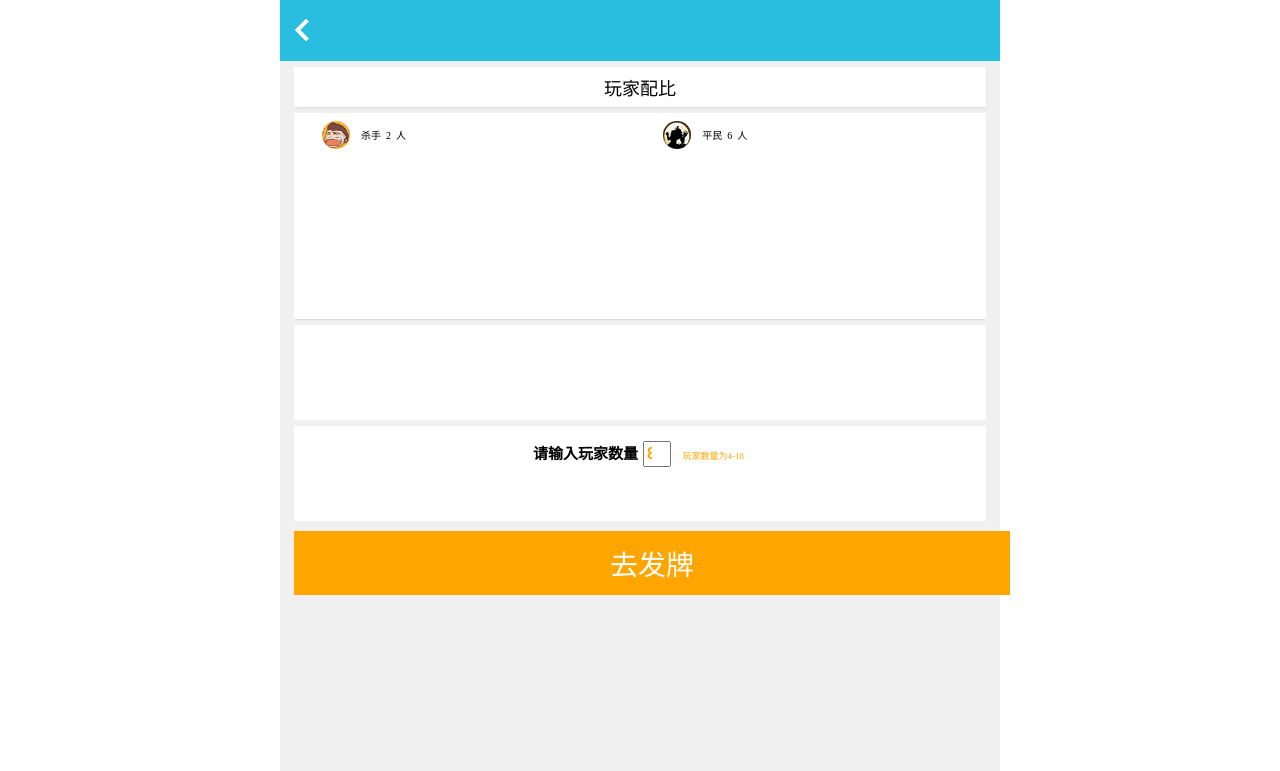
Repository: leozhangpd/My-Codes
Page: JS/two-project/deploy_page.html
The author's editor kept a copy of each file at every save. The page is drawn from the files as they stood at one save, then again after the next save.
The browser window is 1280 px wide. The pictures show the whole page.

Above is the page before, as saved 2020-11-09 17:49:06.

### JS/two-project/deploy_page.html
<!DOCTYPE html>
<html lang="en">
    <head>
        <meta charset="UTF-8">
        <meta name="viewport" content="width=device-width,initial-scale=1.0,maximum-scale=1.0,user-scalable=0" />
        <link rel="stylesheet" href="css/deploy_page.css" type="text/css">
        <title>匹配</title>
    </head>
    <body>
        <header>
            <a href='home_page.html'></a>
        </header>
        <main>
            <div class="title">玩家配比</div>
            <ul class="list">
                <li>
                    <img src="images/footman.png">
                    <span>杀手&nbsp;&nbsp;2&nbsp;&nbsp;人</span>
                </li>
                <li>
                    <img src="images/wolf.png">
                    <span>平民&nbsp;&nbsp;6&nbsp;&nbsp;人</span>
                </li>
            </ul>
            <div class="work-group"></div>
            <div class="player-number">
                <span>请输入玩家数量</span>&nbsp;
                <input type="number" value="8">&nbsp;&nbsp;
                <span>玩家数量为4-18</span>
            </div>
            <botton id="btn">去发牌</botton>
        </main>
        <footer></footer>
    </body>
</html>

### JS/two-project/css/deploy_page.css
ul{
    list-style-type: none;
    margin: 0;padding: 0;
}
button{
    outline: none;
    border:none;
}
html{
    font-size: 62.5%;
    background: #fff;
    height: 100vh;
}
body{
    height: 100%;
    margin:0 auto;
    padding-bottom: 4%;
    max-width: 720px;
    min-width: 320px;
    background: #f0f0f0;
}
header{
    padding: 3% 5% 3% 2.5%;
    background-color: #29bde0;
}
header>a{
    display: inline-block;
    padding: 8px;
    box-shadow: inset 4px -4px 0 0 #ffffff;
    transform: rotate(45deg);
}
header>button div{
    margin-top: .5rem;
    height: .3rem;
    background-color: #fff;
}
main{
    margin:0 auto;
    width: 96%;
}
main>*{background-color: #fff;}
.title{
    padding: .7rem 0;
    margin: .6rem 0;
    text-align: center;
    font-size: 1.8rem;
    font-weight: 540;
    box-shadow: 1px 2px 2px -1px rgb(218, 218, 218);
}
.list{
    min-height: 19rem;
    padding: 8px 0;
    box-shadow: 0 2px 0 -1px rgb(218, 218, 218);
}
.list>li{
    display: inline-block;
    width: 45%;
    margin-left: 4%;
}
.list img{
    float: left;
    width: 28px;
    border-radius: 50%;
}
.list>li>span{
    display: block;
    padding: 6px 0 0 39px;
}
.work-group,
.player-number{
    margin: .6rem 0;
    padding: 1.5rem 3rem;
    min-height: 6.5rem;
    text-align: center;
}
.player-number>span:nth-child(1),
.player-number>input{
    font-size: 1.5rem;
    font-weight: bold;
}
.player-number>input{
    font-size: 1.6rem;
    width: 2rem;
    height: 2rem;
    text-align: center;
}
.player-number>input,
.player-number>span:nth-of-type(2){
    color: orange;
}
.player-number>span:nth-of-type(2){
    display: inline-block;
    transform: scale(0.9);
}
#btn{
    display: inline-block;
    width: 100%;
    margin-top: 4px;
    padding: 1.2rem;
    text-align: center;
    font-size: 2.8rem;
    color: white;
    background: orange;
}

After the next save:
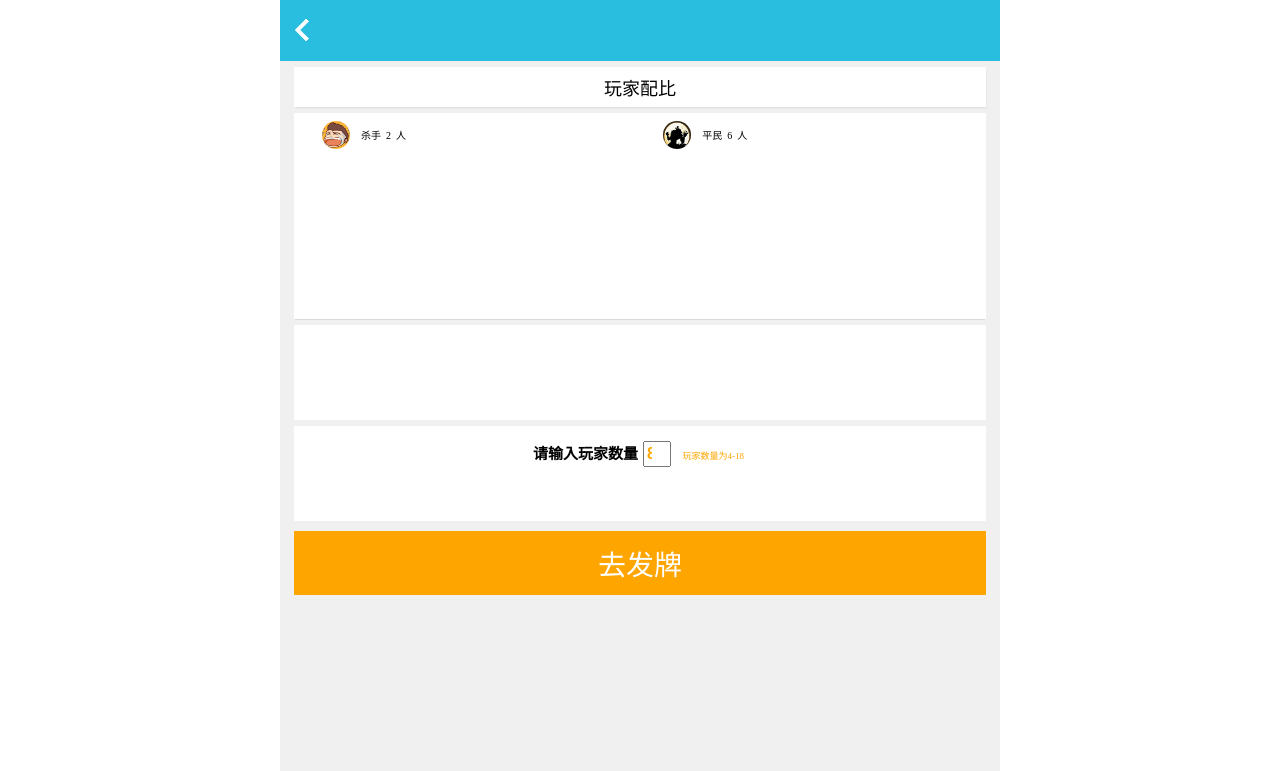
Saved 2 min 40 s later.
--- a/JS/two-project/css/deploy_page.css
+++ b/JS/two-project/css/deploy_page.css
@@ -96,7 +96,7 @@ main>*{background-color: #fff;}
     display: inline-block;
     width: 100%;
     margin-top: 4px;
-    padding: 1.2rem;
+    padding: 1.2rem 0;
     text-align: center;
     font-size: 2.8rem;
     color: white;
